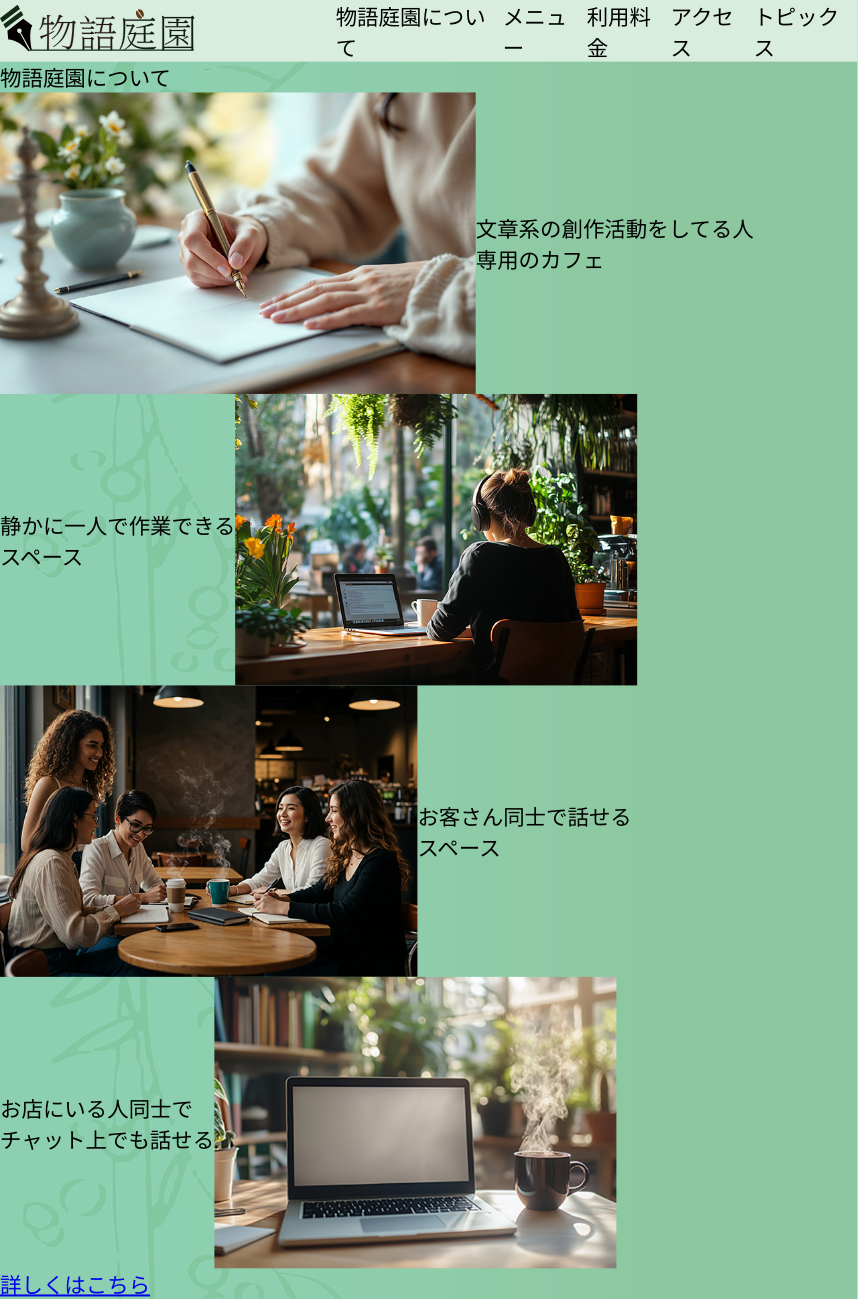
Repository: saka-kou/GardenStory
Page: index.html
An editor plug-in stored every save of this project. The page is shown before and after the next save, followed by the edit.
The browser window is 1280 px wide. The pictures show the whole page, at 67% of full size.
Some web fonts or font styles are not loaded; a fallback is used.

Above is the page before, as saved 2025-07-23 17:49:53.

After the next save:
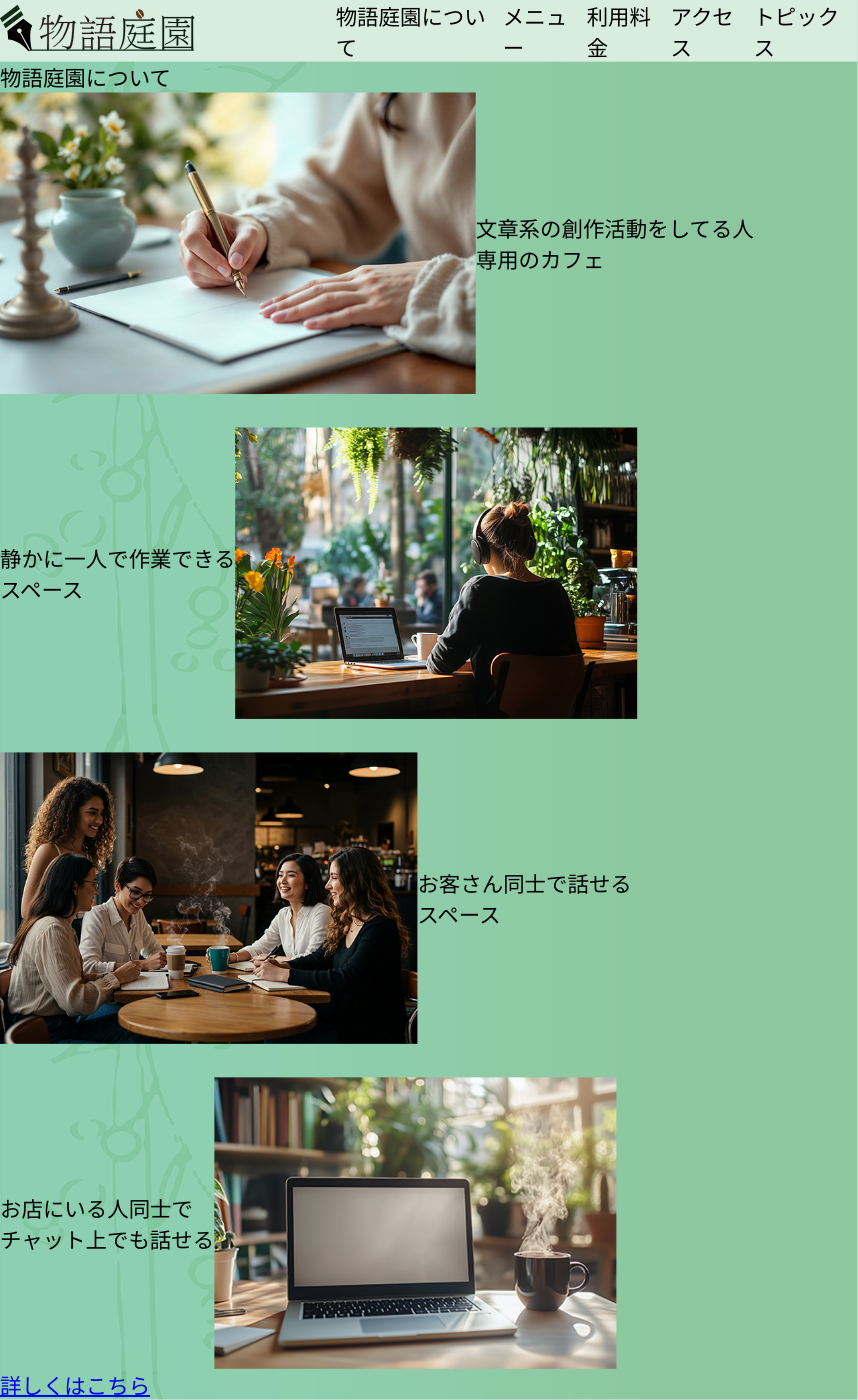
Saved 65 s later.
--- a/css/index.css
+++ b/css/index.css
@@ -24,6 +24,11 @@ header{
     font-style: normal;
     font-size: 32px;
 }
+.aboutWrap{
+    display: flex;
+    flex-direction: column;
+    gap: 50px;
+}
 #setumei{
     display: flex;
     align-items: center;
